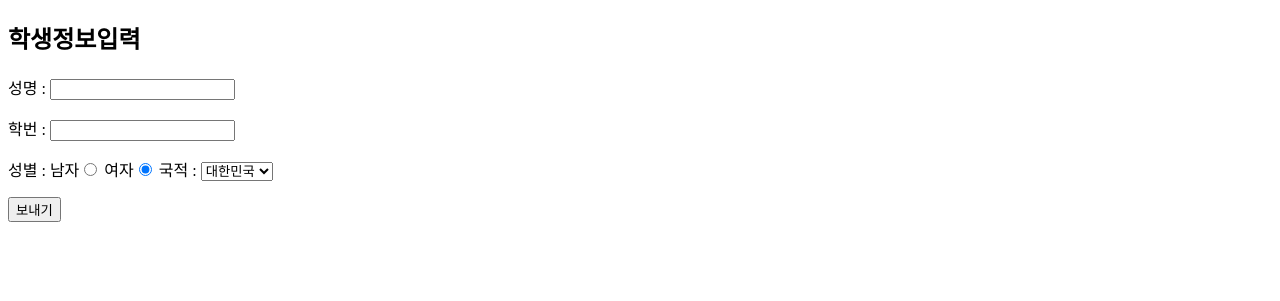
Repository: JuHyeon-S/21-1-Web-Back-end_Programming
Page: week07/week07/src/main/webapp/request.html
The author's editor kept a copy of each file at every save. The page is drawn from the files as they stood at one save, then again after the next save.
The browser window is 1280 px wide. The pictures show the whole page.

Above is the page before, as saved 2021-04-18 20:32:53.

After the next save:
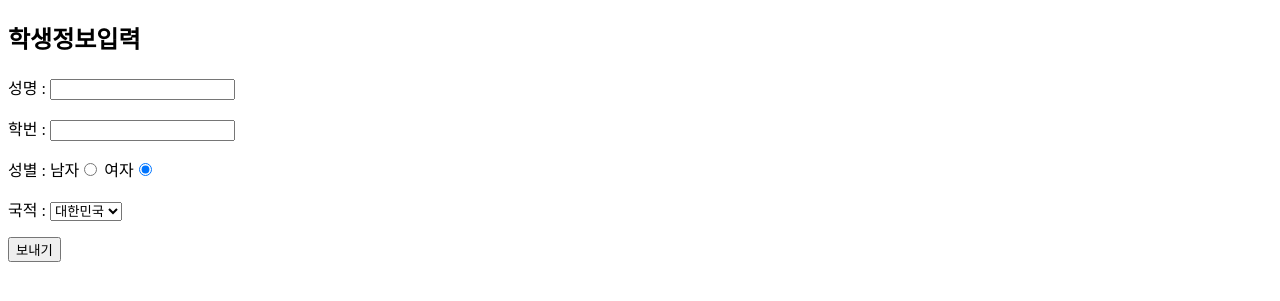
Saved 110 s later.
--- a/week07/week07/src/main/webapp/request.html
+++ b/week07/week07/src/main/webapp/request.html
@@ -10,7 +10,7 @@
 		성명 : <input type="text" name="name"><p/>
 		학번 : <input type="text" name="studentNum"><p/>
 		성별 : 남자<input type="radio" name="sex" value="man" checked>
-			  여자<input type="radio" name="sex" value="woman" checked>
+			  여자<input type="radio" name="sex" value="woman" checked><p/>
 		국적 : <select nam="country">
 				<option SELECTED value="대한민국">대한민국</option>
 				<option value="일본">일본</option>
